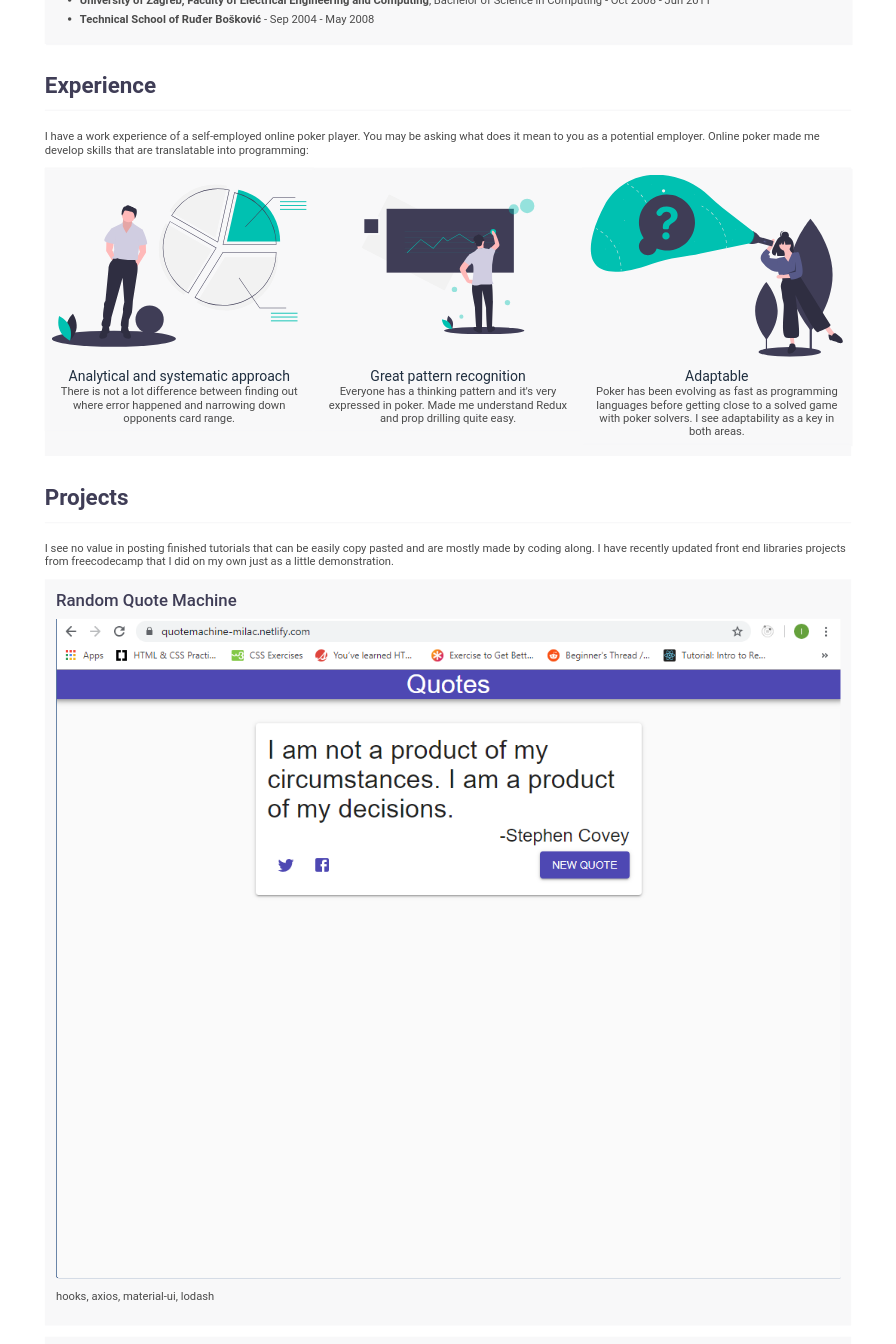
Repository: milac0/my-website
Page: /
The author's editor kept a copy of each file at every save. The page is drawn from the files as they stood at one save, then again after the next save.
The browser window is 1280 px wide. The pictures show the part of the page from y = 1121 to 3041 px (the page is 6744 px tall before and 6779 px after), at 70% of full size.
The project was rebuilt for these pictures with package versions that can differ from the ones it lists, and the page was loaded fresh each time. Also part of the build but not shown: src/components/formContact.module.css, src/components/FormContact.js, src/pages/contact.module.css, src/pages/Contact.js. Imported but missing from the stored project, and not drawn on this page: src/resume.pdf.

Above is the page before, as saved 2019-10-24 21:07:54.

After the next save:
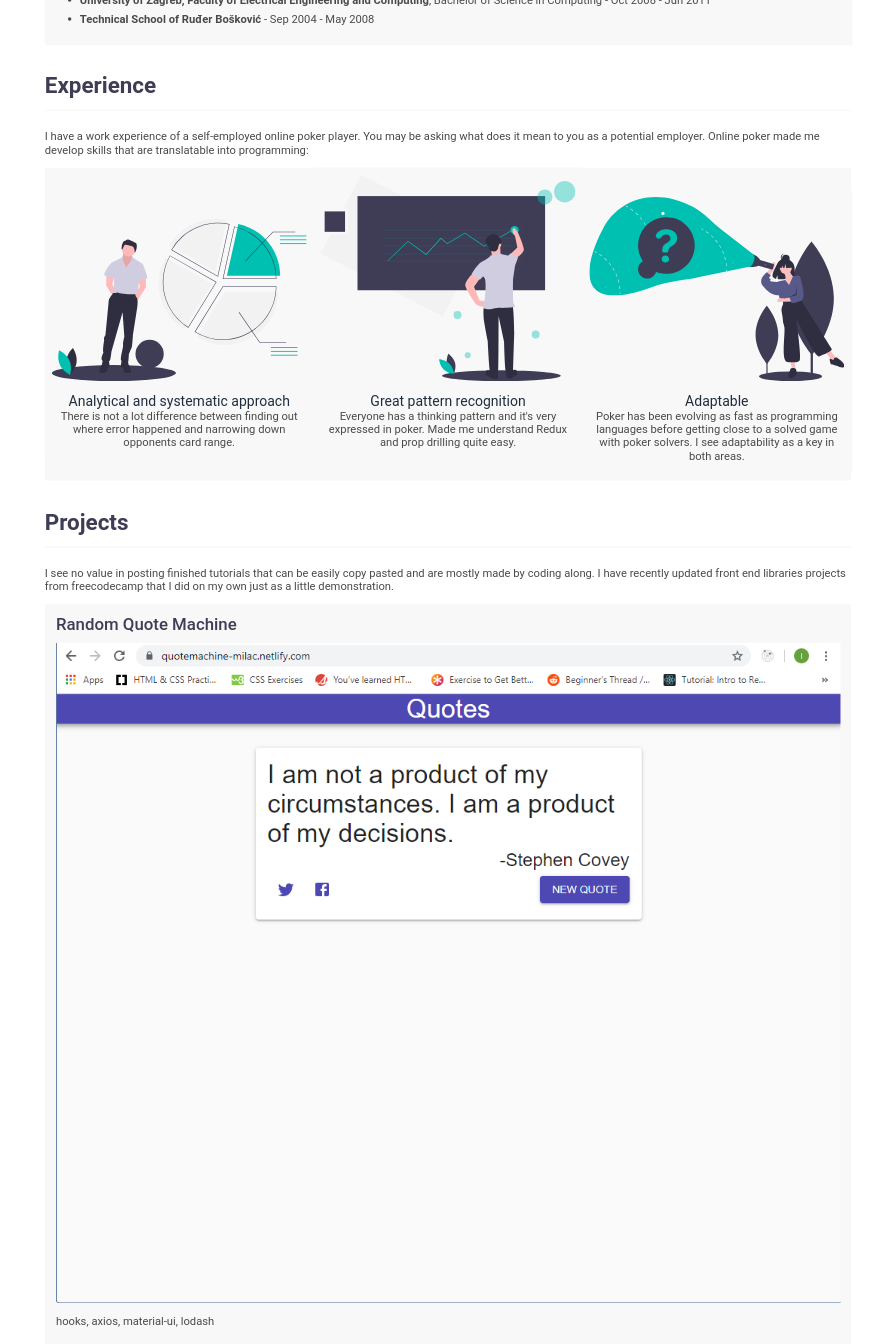
Saved 18 s later.
--- a/src/index.css
+++ b/src/index.css
@@ -196,7 +196,7 @@ section {
 
 .big-svg {
   height: 200px;
-  margin-bottom: 3em;
+  margin-bottom: em;
 }
 
 article {
@@ -263,7 +263,7 @@ footer {
       }
 
   .section-skill-image {
-    /* height: auto; */
+    height: auto;
     width: 100%;
   }
 }
